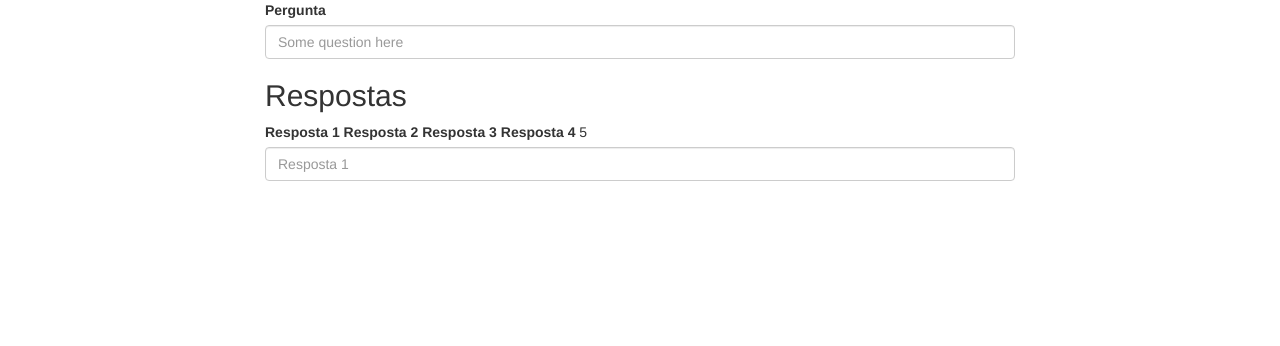
Repository: brunoUnigranrio/TDEs-Daw
Page: http://localhost/TDE1/sucesso.jsp
An editor plug-in stored every save of this project. The page is shown before and after the next save, followed by the edit.
The browser window is 1280 px wide. The pictures show the whole page.
The page is served by Tomcat 9.

Above is the page before, as saved 2019-06-16 20:31:42.
Console error (its wording comes from the project's code and is left out).

After the next save:
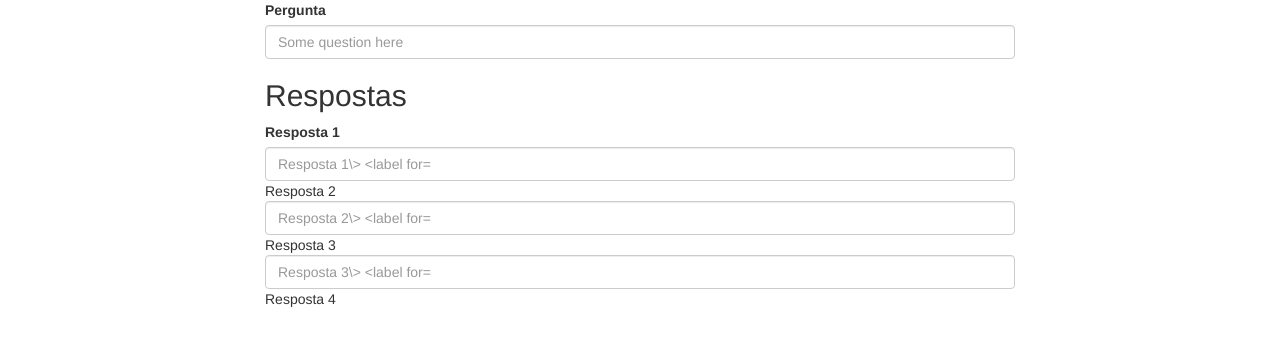
Saved 4 min 15 s later.
--- a/TDE1/WebContent/sucesso.jsp
+++ b/TDE1/WebContent/sucesso.jsp
@@ -31,12 +31,15 @@
 	  out.println(
 		"<label for=\"r1\">Resposta " + i + "</label>"
 			  );
+	 out.println(
+			 " <input type=\"text\" class=\"form-control\" id=\"r" +i + "\" placeholder=\"Resposta " +i+ "\\> "
+			 );
 
   }
 
   %>
   <%=i %>
-    <input type="text" class="form-control" id="r1" placeholder="Resposta 1">
+
 
   </div>
 
